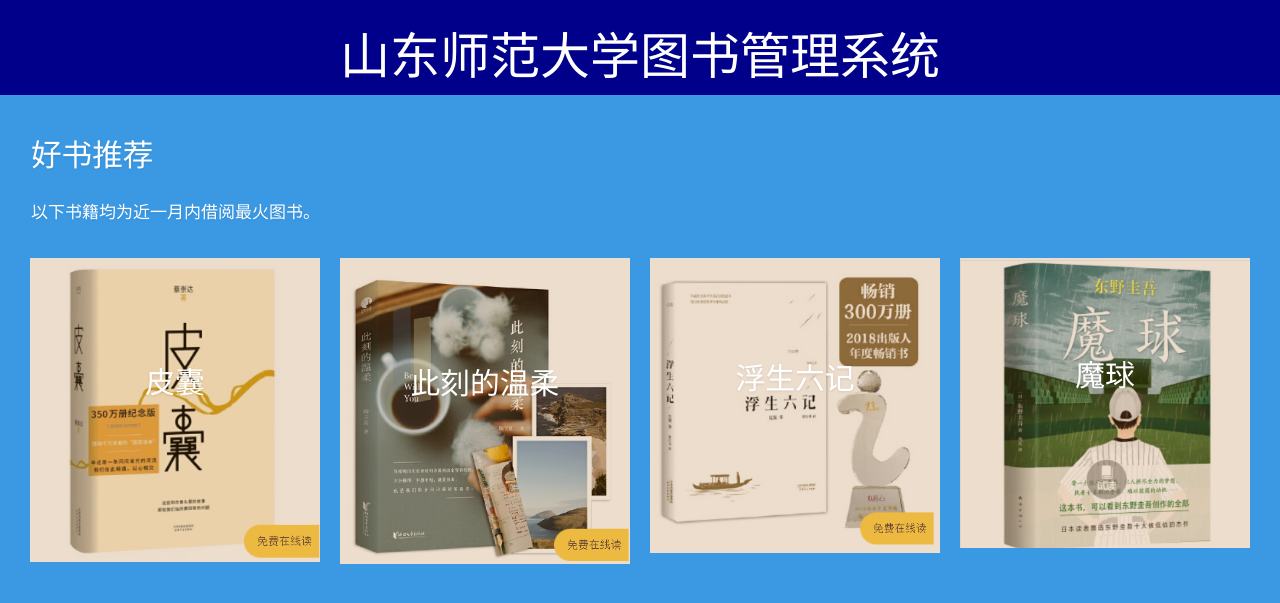
Repository: ybl20000418/SDNU
Page: http://localhost/First/haoshutuijian.jsp
An editor plug-in stored every save of this project. The page is shown before and after the next save, followed by the edit.
The browser window is 1280 px wide. The pictures show the whole page.
The page is served by Tomcat 9.

Above is the page before, as saved 2019-12-15 06:53:43.

After the next save:
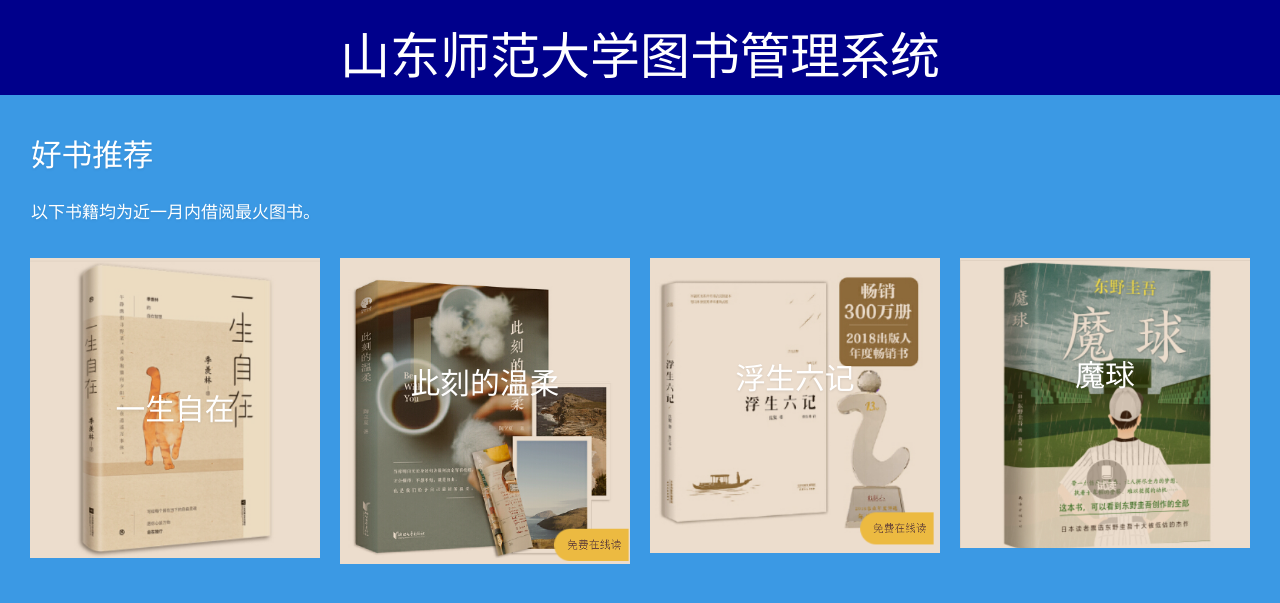
Saved 69 s later.
--- a/First/WebContent/haoshutuijian.jsp
+++ b/First/WebContent/haoshutuijian.jsp
@@ -60,11 +60,11 @@
                                     </div>
                                     <div class="grid-item">
                                         <figure class="effect-bubba">
-                                            <img src="images/pinang.png" alt="Image" class="img-fluid tm-img">
-                                            <figcaption>
-                                                <h2 class="tm-figure-title">皮<span>囊</span></h2>
-                                                <p class="tm-figure-description">央视著名主持朱迅自传.</p>
-                                                <a href="images/pinang.png">View more</a>
+                                            <img src="images/yishengzizai.png" alt="Image" class="img-fluid tm-img">
+                                            <figcaption>
+                                                <h2 class="tm-figure-title">一生自在</span></h2>
+
+                                                <a href="images/yishengzizai.png">View more</a>
                                             </figcaption>
                                         </figure>
                                     </div>
